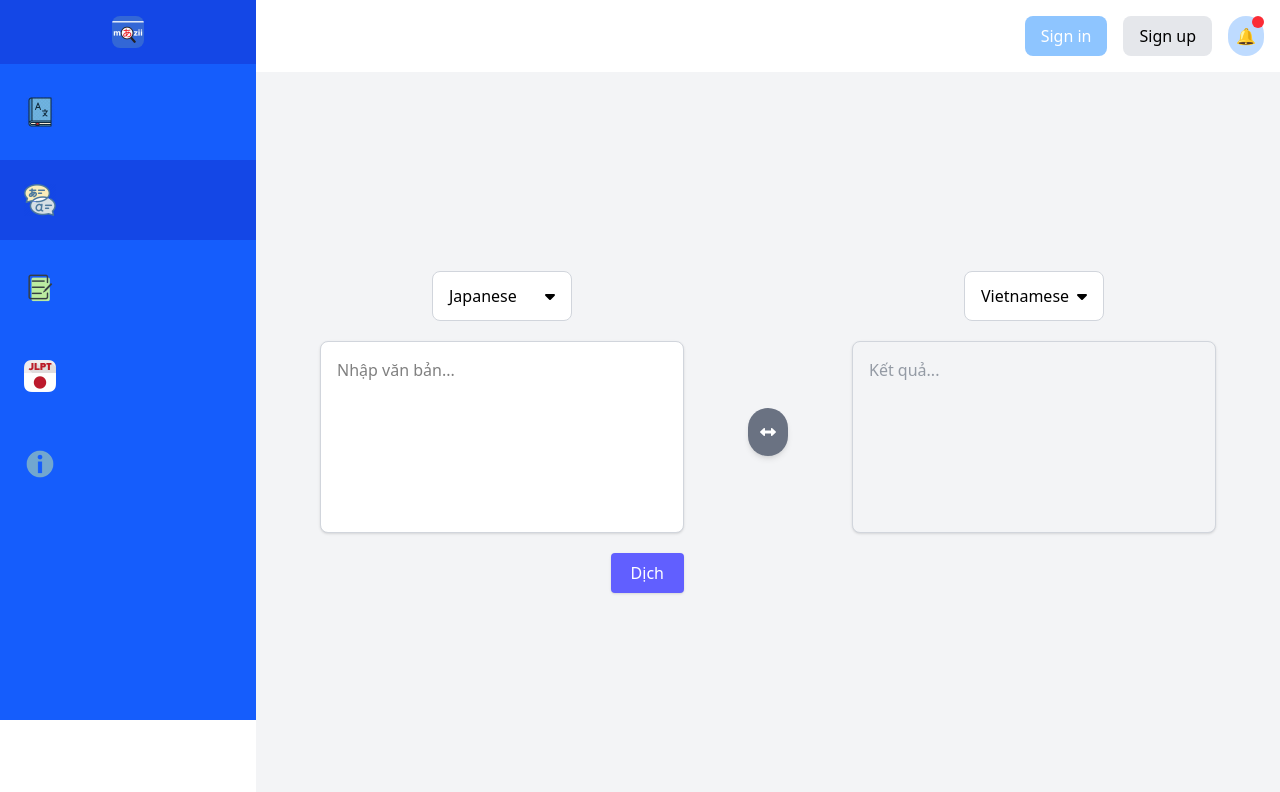
Repository: reminzuetto/JapaneseTranslationApp
Page: /translate
These files come from the project's save history. The page is drawn as it stood at one moment and after the next save; the edit follows.
The browser window is 1280 px wide. The pictures show the whole page.
The page's requests for data from a server got no answer. The project was rebuilt for these pictures with package versions that can differ from the ones it lists, and the page was loaded fresh each time. No one was signed in, and anything a server would have sent is missing. Also part of the build but not shown: vite.config.js, src/components/Header/NotificationItem.jsx, src/components/SeachBar/DropDownButton.jsx, src/components/SeachBar/SearchInput.jsx, src/components/SeachBar/SearchBar.jsx, src/pages/Home.jsx, src/Firebase.jsx, src/pages/SignInForm.jsx and 5 more.

Above is the page before, as saved 2025-03-18 00:16:19.

After the next save:
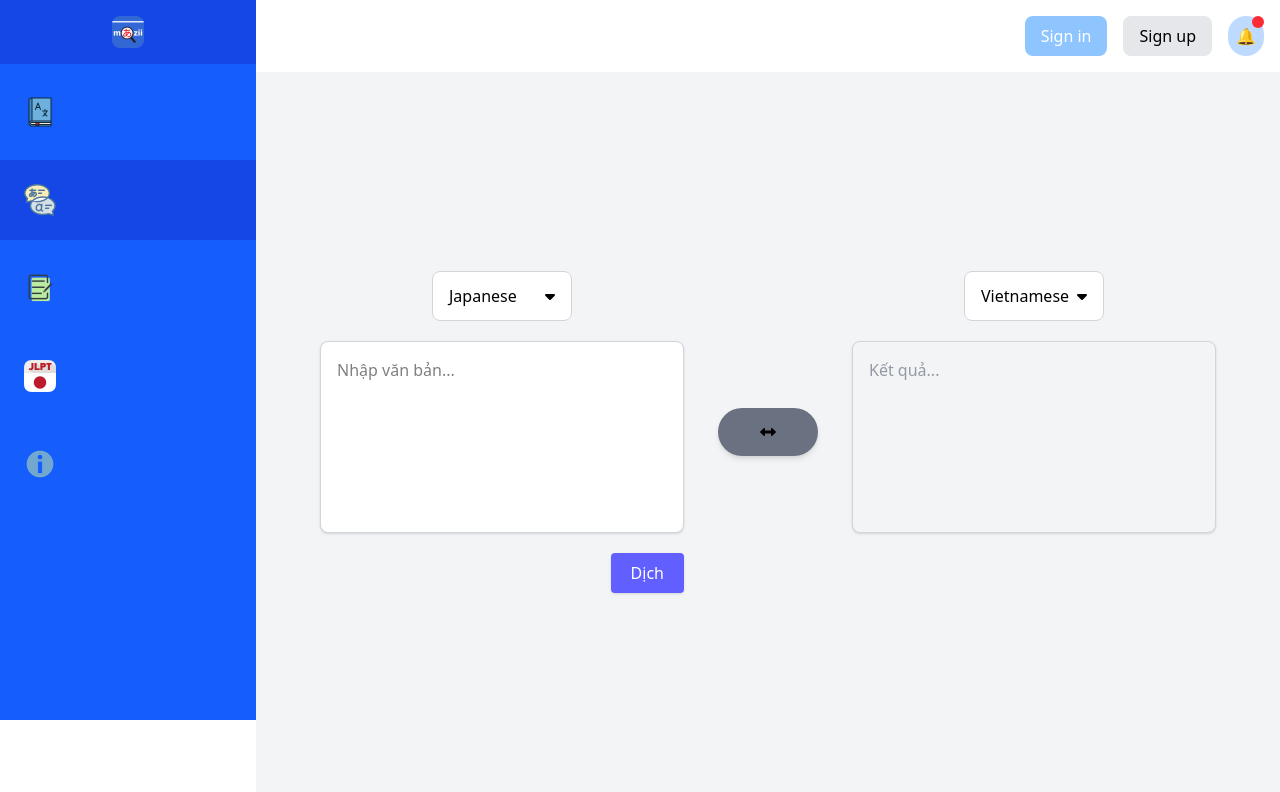
Saved 48 s later.
--- a/src/pages/TranslatePage.jsx
+++ b/src/pages/TranslatePage.jsx
@@ -68,7 +68,7 @@ const TranslatePage = () => {
         <div className="col-span-2 flex justify-center items-center">
           <button
             onClick={swapLanguages}
-            className="p-3 bg-gray-500 text-white rounded-full shadow-md hover:bg-gray-600 transition"
+            className="p-3 bg-gray-500 text-black w-[100px]  rounded-full shadow-md hover:bg-gray-200 transition"
           >
             <FontAwesomeIcon icon={faArrowsAltH} />
           </button>
